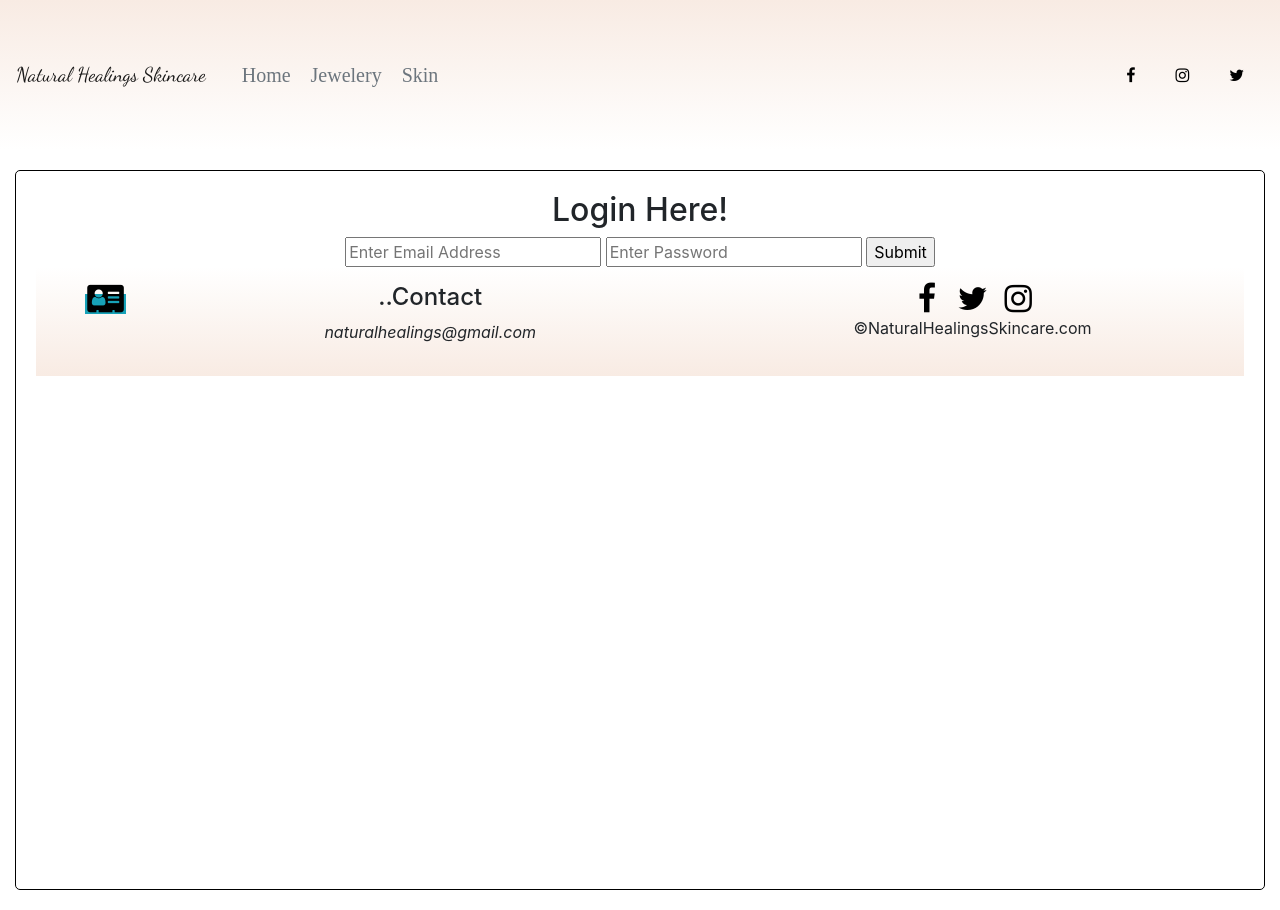
Repository: aliciarawlings/first-milestone
Page: login.html
The author's editor kept a record of every edit. The page is drawn from the files as they stood at one moment, then again after the next edit.
The browser window is 1280 px wide. The pictures show the whole page.
Some web fonts or font styles are not loaded; a fallback is used.

Above is the page before.

After the next edit:
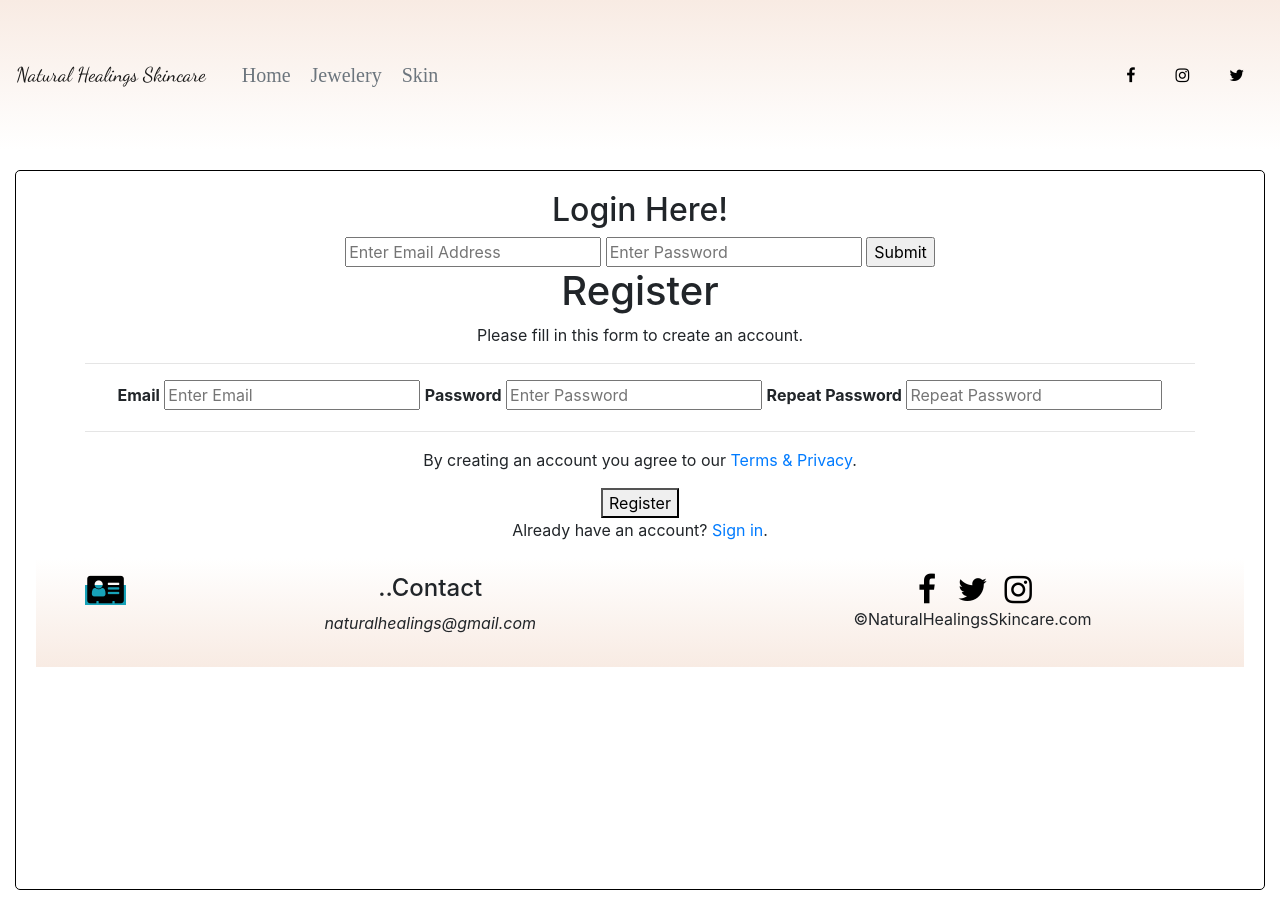
The edit:
--- a/login.html
+++ b/login.html
@@ -69,6 +69,30 @@
           <input type="submit">
       </form>
 
+<form action="#">
+  <div class="container">
+    <h1>Register</h1>
+    <p>Please fill in this form to create an account.</p>
+    <hr>
+
+    <label for="email"><b>Email</b></label>
+    <input type="text" placeholder="Enter Email" name="email" required>
+
+    <label for="psw"><b>Password</b></label>
+    <input type="password" placeholder="Enter Password" name="psw" required>
+
+    <label for="psw-repeat"><b>Repeat Password</b></label>
+    <input type="password" placeholder="Repeat Password" name="psw-repeat" required>
+    <hr>
+
+    <p>By creating an account you agree to our <a href="#">Terms & Privacy</a>.</p>
+    <button type="submit" class="registerbtn">Register</button>
+  </div>
+
+  <div class="container signin">
+    <p>Already have an account? <a href="#">Sign in</a>.</p>
+  </div>
+</form>
 
 
 
@@ -77,7 +101,6 @@
 
 
 
-</form>
 
 
 
